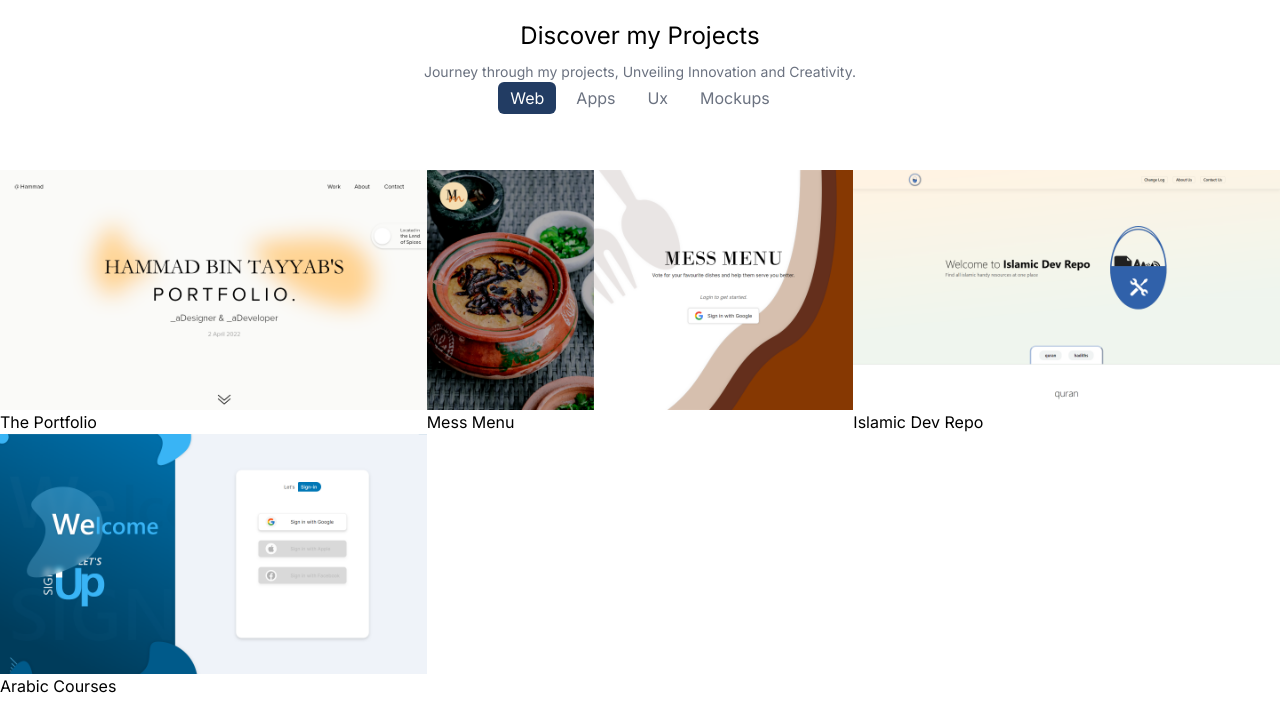
Repository: SpicierEwe/my_portfolio_v2
Page: /
An editor plug-in stored every save of this project. The page is shown before and after the next save, followed by the edit.
The browser window is 1280 px wide. The pictures show the whole page.
The project was rebuilt for these pictures with package versions that can differ from the ones it lists, and the page was loaded fresh each time. The framework's server and built-in components were replaced by stand-ins that run in the browser. Also part of the build but not shown: next.config.js, core/utils/customIcons.js, core/utils/utils.tsx, core/db/sub_db_data/ux_db.js.

Above is the page before, as saved 2024-04-22 10:58:01.

### app/page.tsx
import DevicePreview from "@/Components/Device_preview/device_preview";
import HeroSection from "@/Components/Hero_section/hero_section";
import WorkSection from "@/Components/Work_section/work_section";
import Image from "next/image";

export default function Home() {
  return (
    <main>
      {/* <div className="absolute z-30 overflow-hidden bottom-0 ">
        <DevicePreview  />
      </div> */}
      {/* <div className="overflow-hidden">
        <HeroSection />
      </div> */}

      <WorkSection />
    </main>
  );
}

### app/globals.css
@layer base {

  @font-face {
    font-family: 'Garamond';
    src: url('../public/fonts/EBGaramond-VariableFont_wght.ttf');

  }

  @font-face {
    font-family: 'Proxima Nova';
    src: url('../public/fonts/MarkSimonsonProximaNovaRegular.otf');
    font-weight: normal;
    font-style: normal;
  }


  @font-face {
    font-family: "Rage";
    src: url("../public/fonts/rage.ttf");
  }
}

@tailwind base;
@tailwind components;
@tailwind utilities;

:root {
  --foreground-rgb: 0, 0, 0;
  --background-start-rgb: 214, 219, 220;
  --background-end-rgb: 255, 255, 255;

}

@media (prefers-color-scheme: dark) {
  :root {
    --foreground-rgb: 255, 255, 255;
    --background-start-rgb: 0, 0, 0;
    --background-end-rgb: 0, 0, 0;
  }
}

body {

  /* background: #F5F5F5; */
}

### Components/Work_section/work_section.tsx
"use client";

import { db } from "../../core/db/db";
import Image from "next/image";
import Link from "next/link";
import { useState } from "react";

export default function WorkSection() {
  const navItems: string[] = Object.keys(db.portfolioItems);
  const [selectedNavItemIndex, setSelectedNavItemIndex] = useState<number>(0);
  return (
    <section className="">
      {/* header */}
      <header className="flex flex-col items-center pt-5">
        <h2 className="text-center text-2xl">Discover my Projects</h2>
        <p className="text-center text-sm mt-2.5 text-gray-500">
          Journey through my projects, Unveiling Innovation and Creativity.
        </p>
      </header>
      {/* nav */}
      <nav>
        <ul className="flex justify-center mt-6 gap-2 flex-wrap">
          {navItems.map((item, index) => {
            const isSelected: Boolean = selectedNavItemIndex == index;
            return (
              <li
                className={`${
                  isSelected ? "bg-brand-color" : ""
                } px-3 py-1 rounded-md cursor-pointer`}
                onClick={() => setSelectedNavItemIndex(index)}
                key={index}
              >
                <Link
                  href="#"
                  className={`${
                    isSelected ? "text-white" : "text-gray-500"
                  } capitalize`}
                >
                  {item}
                </Link>
              </li>
            );
          })}
        </ul>
      </nav>

      <main>
        {/* projects */}
        <div className="grid grid-cols-1 md:grid-cols-2 lg:grid-cols-3 gap-4 mt-14">
          {(db.portfolioItems as any)[navItems[selectedNavItemIndex]].map(
            (item: any, index: number) => {
              const projectName: string = item["projectName"];
              const imageLink: string = item["imageLink"];
              return (
                <div key={index}>
                  {
                    <Image
                      src={imageLink}
                      alt={projectName}
                      height={200}
                      width={200}
                      layout="responsive"
                    ></Image>
                  }
                  <p>{projectName}</p>
                </div>
              );
            }
          )}
        </div>
      </main>
    </section>
  );
}

### core/db/db.js
import { websitesDb } from "./sub_db_data/websites_db";
import { appsDb } from "./sub_db_data/apps_db";
import { uxDb } from "./sub_db_data/ux_db";
import { mockupsDb } from "./sub_db_data/mockups_db";

export const db = {
  portfolioItems: {
    web: websitesDb,
    apps: appsDb,
    ux: uxDb,
    mockups: mockupsDb,
  },
};

### core/db/sub_db_data/websites_db.js
import { embedCustomLinks } from "../../utils/utils";

export const websitesDb = [
  {
    projectName: "The Portfolio",
    projectId: "e2f9658b-f9bb-4d2c-ac8c-113a56d9204f",
    projectTagLine: "A Thoughtfully Curated Portfolio of Elegant Creations",
    link: "https://hammadtayyab.vercel.app/",
    imageLink: "/images/websites/my_portfolio.png",
    info: "This portfolio project showcases a minimalist design, highlighting my work and skills with clarity and finesse. The aim was to provide a seamless user experience and intuitive navigation, creating a comprehensive and sophisticated display of my professional journey.",
    roles: [
      "Data Analyst",
      "Designer",
      "Developer",
      "Maintainer",
      "Product Manager",
      "Tester/Quality Assurance",
      "Researcher",
      "DevOps Engineer",
      "Technical Writer",
      "Project Manager",
    ],
    techStack: [
      "NextJs",
      "React",
      "TypeScript",
      "TailwindCSS",
      "HTML",
      "CSS",
      "JavaScript",
      "Git",
      "Vercel",
    ],
  },
  {
    projectId: "566ec8d6-4d5d-4f22-9580-2c574f7122fb",
    projectName: "Mess Menu",
    projectTagLine: "Simplifying Hostel Dining with a Digital Menu System",
    link: "https://messmenu.vercel.app/",
    imageLink: "/images/websites/mess_menu.png",
    info: "This project streamlines the process of hostel dining by offering a digital menu system for students. Monthly menus are curated through community voting, allowing students to have a say in their dining options. Originating from a friend's final year project, the focus was on user-centric design and functionality, ensuring a seamless experience for all users.",
    roles: [
      "Data Analyst",
      "Designer",
      "Developer",
      "Maintainer",
      "Product Manager",
      "Tester/Quality Assurance",
      "Researcher",
      "DevOps Engineer",
      "Technical Writer",
      "Project Manager",
    ],
    techStack: [
      "NextJs",
      "React",
      "HTML",
      "CSS",
      "JavaScript",
      "Git",
      "Vercel",
      "Firebase",
      "Firebase Auth",
    ],
  },
  {
    projectId: "e3a52953-0a4d-43c3-b874-bd55925f6a7e",
    projectName: "Islamic Dev Repo",
    projectTagLine: "A Repository of Authentic Islamic Data for Developers",
    link: "https://islamic-dev-repo.vercel.app/",
    imageLink: "/images/websites/islamic_dev_repo.png",
    info: "This project offers developers a curated repository of reliable Islamic data that can be seamlessly integrated into various applications. With a focus on authenticity and compatibility across multiple devices, this repository provides a trustworthy source of information for developers working on Islamic-related projects.",
    roles: [
      "Data Analyst",
      "Designer",
      "Developer",
      "Maintainer",
      "Product Manager",
      "Tester/Quality Assurance",
      "Researcher",
      "DevOps Engineer",
      "Technical Writer",
      "Project Manager",
    ],
    techStack: [
      "NextJs",
      "React",
      "HTML",
      "CSS",
      "JavaScript",
      "Git",
      "Vercel",
      "Python",
    ],
  },
  {
    projectId: "87693335-b9d6-434c-8428-5d8266482050",
    projectName: "Arabic Courses",
    projectTagLine:
      "A Platform for Streaming the Best Madina Arabic Course Online",
    link: "https://arabiccourses.vercel.app/",
    imageLink: "/images/websites/arabic_courses.png",
    info: `The goal of this project was to establish an online platform for the popular Madina Arabic course, allowing users to stream videos from the cloud and track their progress. Initially, the videos were only available for download, but this platform offers a more convenient streaming experience. You can learn more about the course at ${embedCustomLinks(
      {
        link: "https://abdurrahman.org/arabic-learning/dvds/",
        title: "AbdurRahman.Org",
      }
    )}. Arabic Courses enhances accessibility and convenience for users, making the learning process smoother and more enjoyable.`,
    roles: [
      "Data Analyst",
      "Designer",
      "Developer",
      "Maintainer",
      "Product Manager",
      "Tester/Quality Assurance",
      "Researcher",
      "DevOps Engineer",
      "Technical Writer",
      "Project Manager",
    ],
    techStack: [
      "NextJs",
      "React",
      "HTML",
      "CSS",
      "JavaScript",
      "Git",
      "Vercel",
      "Firebase",
      "Firebase Auth",
    ],
  },
];

### core/db/sub_db_data/apps_db.js
import { embedCustomLinks } from "../../utils/utils";

export const appsDb = [
  {
    projectId: "38384ae3-5586-40be-b025-c9c3ad1094ef",
    projectName: "al Qur'an",
    projectTagLine: "All about the Qur'an in one app.",

    link: "https://play.google.com/store/apps/details?id=com.spicierewe.al_quran",

    imageLink: "/images/apps/al_quran.png",

    info: `The "al Qur'an" app offers a comprehensive experience of the Qur'an for users around the world. It includes a wide range of translations in various languages, tafseer (exegesis), access to over 49 reciters and translators, and much more. All data is sourced from the reliable platform ${embedCustomLinks(
      { link: "https://quran.com", title: "quran.com" }
    )}.`,

    roles: [
      "Data Analyst",
      "Designer",
      "Developer",
      "Maintainer",
      "Product Manager",
      "Tester/Quality Assurance",
      "Researcher",
      "DevOps Engineer",
      "Technical Writer",
      "Project Manager",
    ],

    techStack: ["Flutter", "Dart", "Git", "Adobe XD"],

    platforms: ["Android"],
  },
  {
    projectId: "1eeb435f-acbd-41e8-b826-440959bb6a57",
    projectName: "Riddle Me",
    projectTagLine: "Riddle Me: Unraveling Minds, One Clue at a Time!",

    link: "https://play.google.com/store/apps/details?id=com.spicierewe.RiddleMe",

    imageLink: "/images/apps/riddle_me.png",

    info: "Riddle Me is an engaging and challenging game designed to test your intelligence and problem-solving skills. This game stimulates creative thinking and encourages you to approach problems from different perspectives.",

    roles: [
      "Data Analyst",
      "Designer",
      "Developer",
      "Maintainer",
      "Product Manager",
      "Tester/Quality Assurance",
      "Researcher",
      "DevOps Engineer",
      "Technical Writer",
      "Project Manager",
    ],

    techStack: ["Flutter", "Dart", "Git", "Adobe XD"],

    platforms: ["Android"],
  },
  {
    projectId: "2ae7005c-16e2-4fe5-b7b0-20f5f826321e",
    projectName: "Food Deals",
    projectTagLine: "Find the best food deals at your fingertips.",

    link: "https://play.google.com/store/apps/details?id=com.spicierewe.food_deals",

    imageLink: "/images/apps/food_deals.png",

    info: "Food Deals is an app that helps users discover the best offers and discounts on their favorite food delivery services. Save money and enjoy your favorite meals by comparing prices across different platforms.",

    roles: [
      "Data Analyst",
      "Designer",
      "Developer",
      "Maintainer",
      "Product Manager",
      "Tester/Quality Assurance",
      "Researcher",
      "DevOps Engineer",
      "Technical Writer",
      "Project Manager",
    ],

    techStack: ["Flutter", "Dart", "Git", "Adobe XD"],

    platforms: ["Android"],
  },
  {
    projectId: "627de94f-59b4-4f85-bcf4-df6fbf22714e",
    projectName: "Hadith Collection",
    projectTagLine: "Access authentic hadiths of the Prophet Muhammad (pbuh).",

    link: "https://play.google.com/store/apps/details?id=com.spicierewe.ahadith_collection",

    imageLink: "/images/apps/ahadith_collection.png",

    info: `The "Hadith Collection" app provides a comprehensive and authentic collection of hadiths of the Prophet Muhammad (pbuh). It includes data from various reputable sources such as ${embedCustomLinks(
      { link: "https://sunnah.com", title: "sunnah.com" }
    )} for Arabic and English, and ${embedCustomLinks({
      link: "https://github.com/pakjiddat/islam-companion-web-api",
      title: "islam-companion-web-api",
    })} for Urdu data.`,

    roles: [
      "Data Analyst",
      "Designer",
      "Developer",
      "Maintainer",
      "Product Manager",
      "Tester/Quality Assurance",
      "Researcher",
      "DevOps Engineer",
      "Technical Writer",
      "Project Manager",
    ],

    techStack: ["Flutter", "Dart", "Git", "Adobe XD"],

    platforms: ["Android"],
  },
  {
    projectId: "7468bdef-5b24-454e-ae99-dd0a558441d7",
    projectName: "Study Practice",
    projectTagLine: "Practice makes perfect.",

    link: "https://play.google.com/store/apps/details?id=com.spicierewe.study_practice",

    imageLink: "/images/apps/study_practice.png",

    info: "Study Practice is a study companion app designed to help students prepare for competitive exams such as NEET and JEE. The app offers past exam questions, mock tests, and real-time progress tracking along with official study material.",

    roles: [
      "Data Analyst",
      "Designer",
      "Developer",
      "Maintainer",
      "Product Manager",
      "Tester/Quality Assurance",
      "Researcher",
      "DevOps Engineer",
      "Technical Writer",
      "Project Manager",
    ],

    techStack: ["Flutter", "Dart", "Git", "Adobe XD"],

    platforms: ["Android"],
  },
];

### core/db/sub_db_data/mockups_db.js
export const mockupsDb = [
  {
    phone_mockup_links: [],
    other_mockup_links: [
      "/images/mockups/eat_healthy_mockup.svg",
      "/images/mockups/bot_mockup_theme_light.svg",
      "/images/mockups/bot_mockup_theme_dark.svg",
      "/images/mockups/the_perfume_lab_price_list.png",
      "/images/mockups/noraty_business_hero_section.svg",
      "/images/mockups/gr_showcase.png",
      "/images/mockups/just_moved_showcase.png",
      "/images/mockups/archer_product_design.png",
      "/images/mockups/the_connection_poster.png",
      "/images/mockups/social_flow_flyer.png",
      "/images/mockups/LVD_roll_up_banner.png",
      "/images/mockups/ATS_flyer.png",
    ],
  },
];

### tailwind.config.js
const { reverse } = require("dns");
const defaultTheme = require("tailwindcss/defaultTheme");

/** @type {import('tailwindcss').Config} */
module.exports = {
  content: [
    "./pages/**/*.{js,ts,jsx,tsx,mdx}",
    "./components/**/*.{js,ts,jsx,tsx,mdx}",
    "./app/**/*.{js,ts,jsx,tsx,mdx}",
    "./core/**/*.{js,ts,jsx,tsx,mdx}",
  ],
  theme: {
    extend: {
      screens: { xs: { max: "640px" } },

      maxWidth: {
        "120rem": "120rem",
      },

      backgroundImage: {
        "gradient-radial": "radial-gradient(var(--tw-gradient-stops))",
        "gradient-conic":
          "conic-gradient(from 180deg at 50% 50%, var(--tw-gradient-stops))",
      },

      colors: {
        "brand-color": "#223c63",
        "primary-color": "#ffffff",
        "secondary-color": "#00A699",
        "accent-color": "#779ace",
      },

      keyframes: {
        wiggle: {
          "0%, 100%": { transform: "rotate(-3deg)" },
          "50%": { transform: "rotate(3deg)" },
        },

        levitate: {
          "0%": { transform: "translateY(50px)" },
          "50%": { transform: "translateY(-30px)  scale(1.1)" },
          "100%": { transform: "translateY(50px)" },
        },
        levitate_reverse: {
          "0%": { transform: "translateY(-90px)" },
          "50%": { transform: "translateY(30px)  scale(1.1)" },
          "100%": { transform: "translateY(-90px)" },
        },
      },

      animation: {
        "spin-slow": "spin 3s linear infinite",
        wiggle: "wiggle 1s ease-in-out infinite",
        levitate: "levitate 5s ease-in-out infinite",
        levitate_reverse: "levitate_reverse 5s ease-in-out infinite reverse",
      },

      fontFamily: {
        garmond: ["Garmond", ...defaultTheme.fontFamily.serif],
        custom_sans: ["Proxima Nova", ...defaultTheme.fontFamily.sans],
      },

      height: {
        dvh: "100dvh",
      },
    },
  },

  variants: {
    backgroundColor: ["responsive", "hover", "focus", "active"],
  },

  plugins: [],
};

Loaded but not shown: app/layout.tsx (common file)

After the next save:
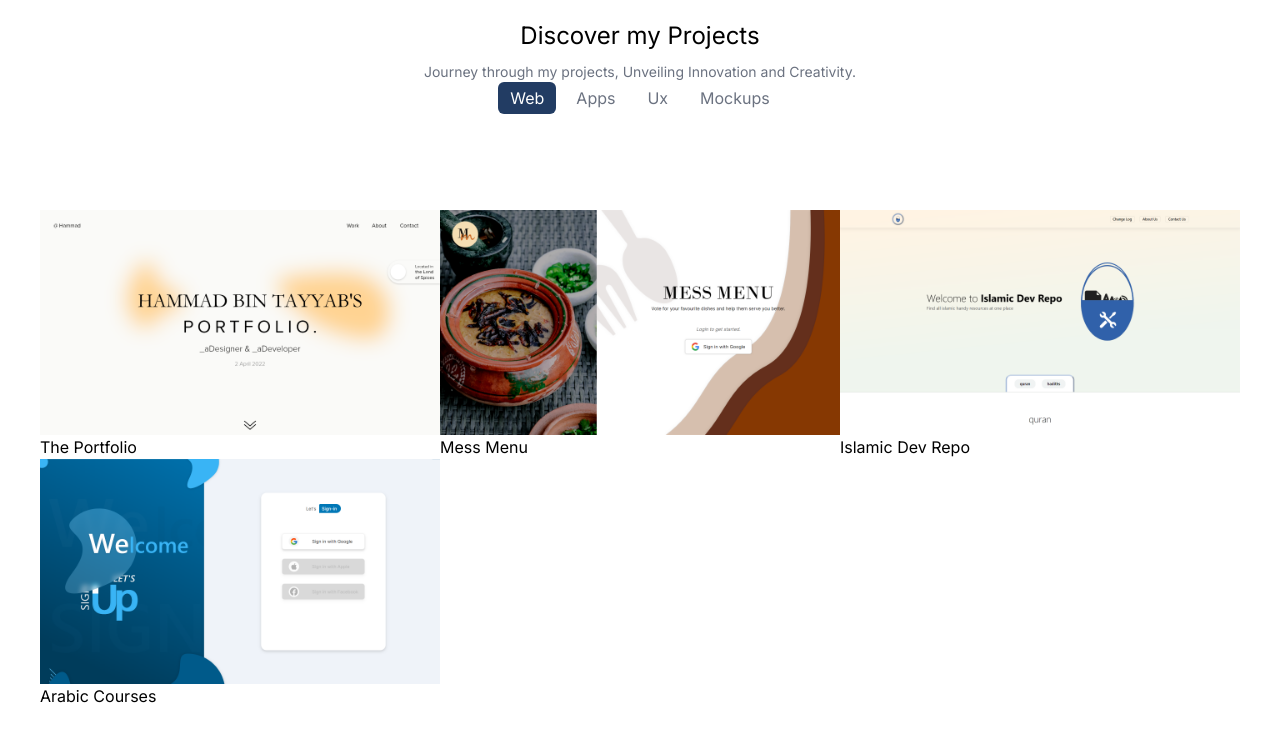
Saved 37 s later.
--- a/Components/Work_section/work_section.tsx
+++ b/Components/Work_section/work_section.tsx
@@ -46,7 +46,7 @@ export default function WorkSection() {
 
       <main>
         {/* projects */}
-        <div className="grid grid-cols-1 md:grid-cols-2 lg:grid-cols-3 gap-4 mt-14">
+        <div className="grid grid-cols-1 md:grid-cols-2 lg:grid-cols-3 gap-4 mt-14 p-10">
           {(db.portfolioItems as any)[navItems[selectedNavItemIndex]].map(
             (item: any, index: number) => {
               const projectName: string = item["projectName"];
